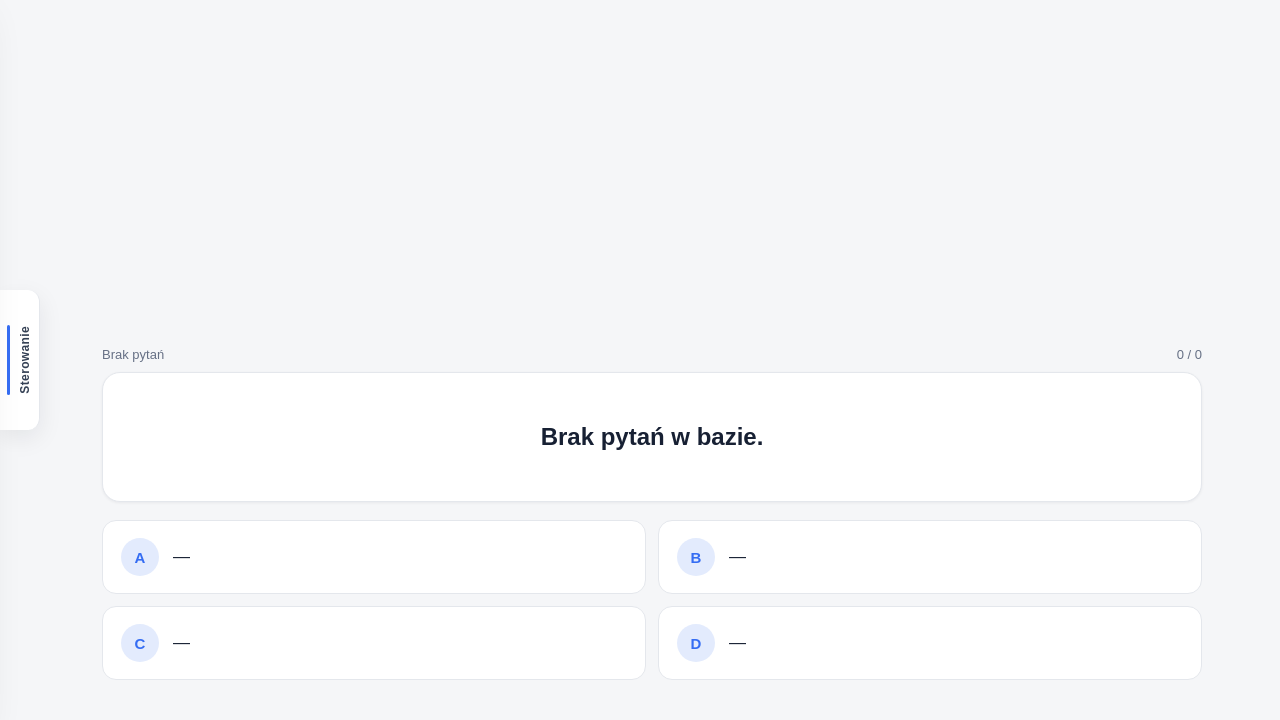
Repository: WaleonGames/HTGMilionerzy
Page: views/game.html
The author's editor kept a copy of each file at every save. The page is drawn from the files as they stood at one save, then again after the next save.
The browser window is 1280 px wide. The pictures show the whole page.

Above is the page before, as saved 2026-09-05 21:30:33.

After the next save:
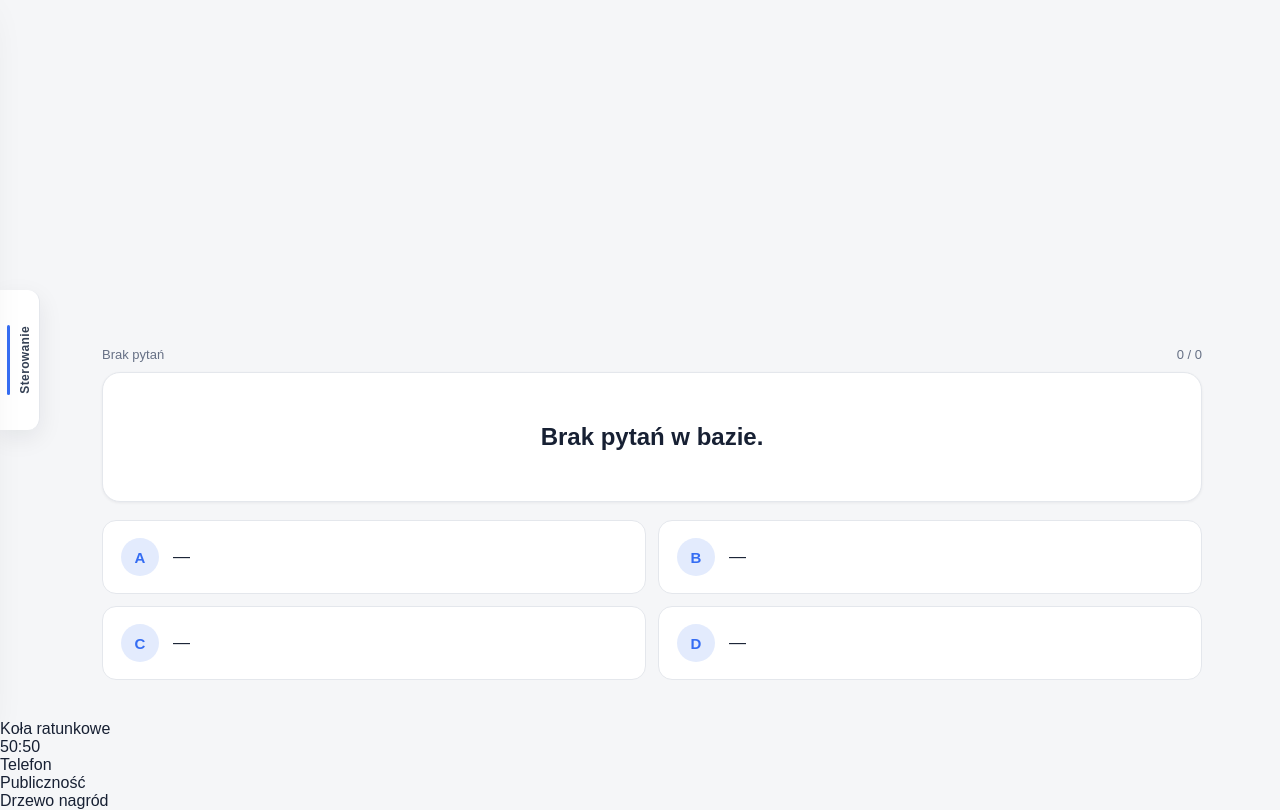
Saved 3 min 9 s later.
--- a/views/game.html
+++ b/views/game.html
@@ -105,6 +105,39 @@
       </section>
     </main>
 
+    <aside class="game-sidebar">
+      <section class="game-sidebar-section">
+        <div class="game-sidebar-title">
+          Koła ratunkowe
+        </div>
+
+        <div class="game-lifelines">
+          <div class="game-lifeline">
+            50:50
+          </div>
+
+          <div class="game-lifeline">
+            Telefon
+          </div>
+
+          <div class="game-lifeline">
+            Publiczność
+          </div>
+        </div>
+      </section>
+
+      <section class="game-sidebar-section game-sidebar-section-grow">
+        <div class="game-sidebar-title">
+          Drzewo nagród
+        </div>
+
+        <div
+          id="gamePrizeTree"
+          class="game-prize-tree"
+        ></div>
+      </section>
+    </aside>
+
     <button
       id="openControlsButton"
       class="game-control-rail"
